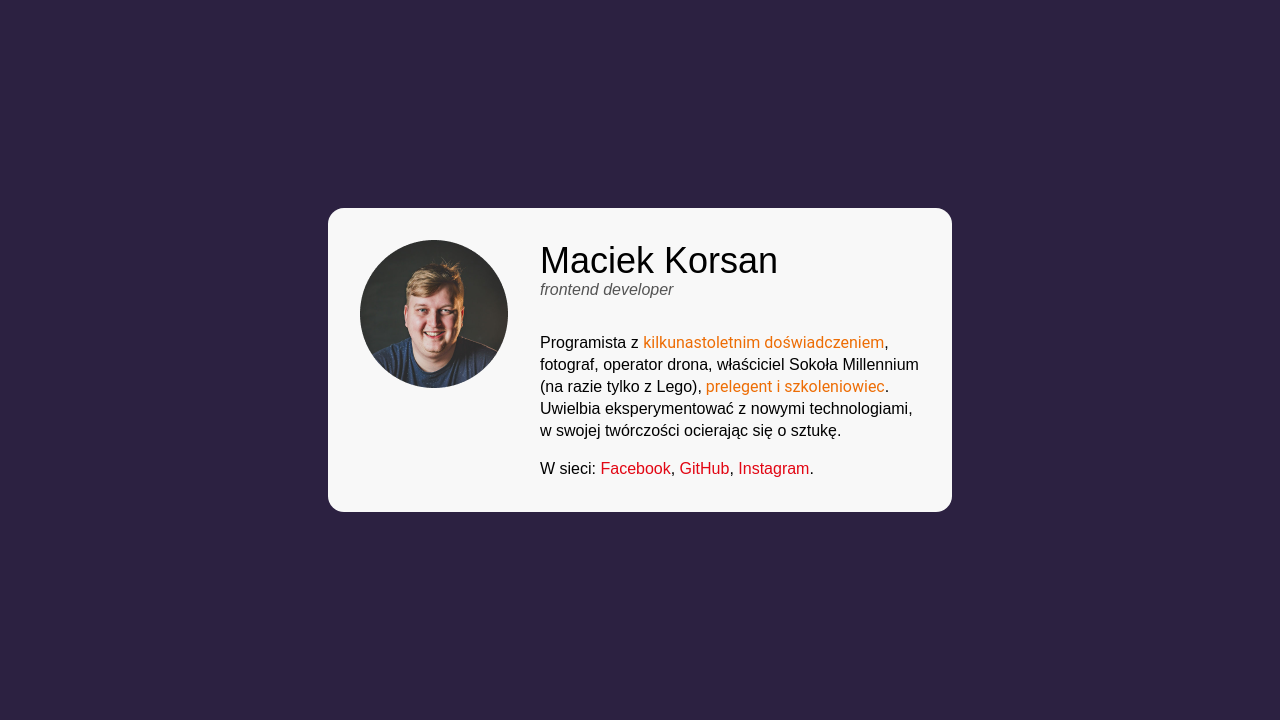
Repository: ArturNatwora/business-card
Page: index.html
The author's editor kept a copy of each file at every save. The page is drawn from the files as they stood at one save, then again after the next save.
The browser window is 1280 px wide. The pictures show the whole page.

Above is the page before, as saved 2019-06-20 10:48:20.

### index.html
<!DOCTYPE html>
<html lang="pl">
<head>
    <meta charset="UTF-8">
    <meta name="viewport" content="width=device-width, initial-scale=1.0">
    <meta http-equiv="X-UA-Compatible" content="ie=edge">

    <link rel="stylesheet" href="css/normalize.css">
    <link rel="stylesheet" href="css/style.css">


    <title>Wizytówka</title>
</head>
<body>
    <main class="card">
        <img src="img/avatar.png" alt="fotografia Maćka" class="person__photo">
        <div class="cardBody">
            <header class="person__header">
                <h1 class="person__name">Maciek Korsan</h1>
                <span class="person__position">frontend developer</span>
            </header>
            <p class="person__description">Programista z <strong class="person__special">kilkunastoletnim doświadczeniem</strong>, fotograf, operator drona, właściciel Sokoła Millennium (na razie tylko z Lego),<strong class="person__special"> prelegent i szkoleniowiec</strong>. Uwielbia eksperymentować z nowymi technologiami, w swojej twórczości ocierając się o sztukę.
            </p>
            <p class="person__description person__description-end">W sieci:
                <a href="#" class="person__link">Facebook</a>,
                <a href="#" class="person__link">GitHub</a>,
                <a href="#" class="person__link">Instagram</a>.
            </p>

        </div>
    </main>


</body>
</html>

### css/style.css
html {
  box-sizing: border-box;
}

*,
*:after,
*:before {
  box-sizing: inherit;
}
body {
  background: #2c2141;
  display: flex;
  justify-content: center;
  align-items: center;
  height: 100vh;
  padding: 16px;
font-family: Arial;
}

.card {
  background: #f8f8f8;
  padding: 32px;
  width: 100%;
  max-width: 624px;
  border-radius: 16px;
  display: flex;
}
.person__description{

    font-style: normal;
    font-weight: normal;
    font-size: 16px;
    line-height: 22px;



    color: #000000;
}
.person__header{
    margin-bottom: 32px;
}
.person__link{
  color: #E20613;
  text-decoration: none;
}
.person__name {
    font-weight: normal;

  font-size: 36px;
  line-height: 41px;
  margin:0;
}
.person__photo {
  width: 148px;
  height: 148px;
  margin-right: 32px;
}
.person__position{
    font-size: 16px;
    font-style: italic;
    color: #545454;

}
.person__special{
  font-family: Roboto;
font-style: normal;
font-weight: normal;
font-size: 16px;
line-height: 22px;

color: #ED6D05;
}
div {

  margin: 0;
}
.person__description-end{
    margin-bottom: 0;

}

Loaded but not shown: css/normalize.css (library)

After the next save:
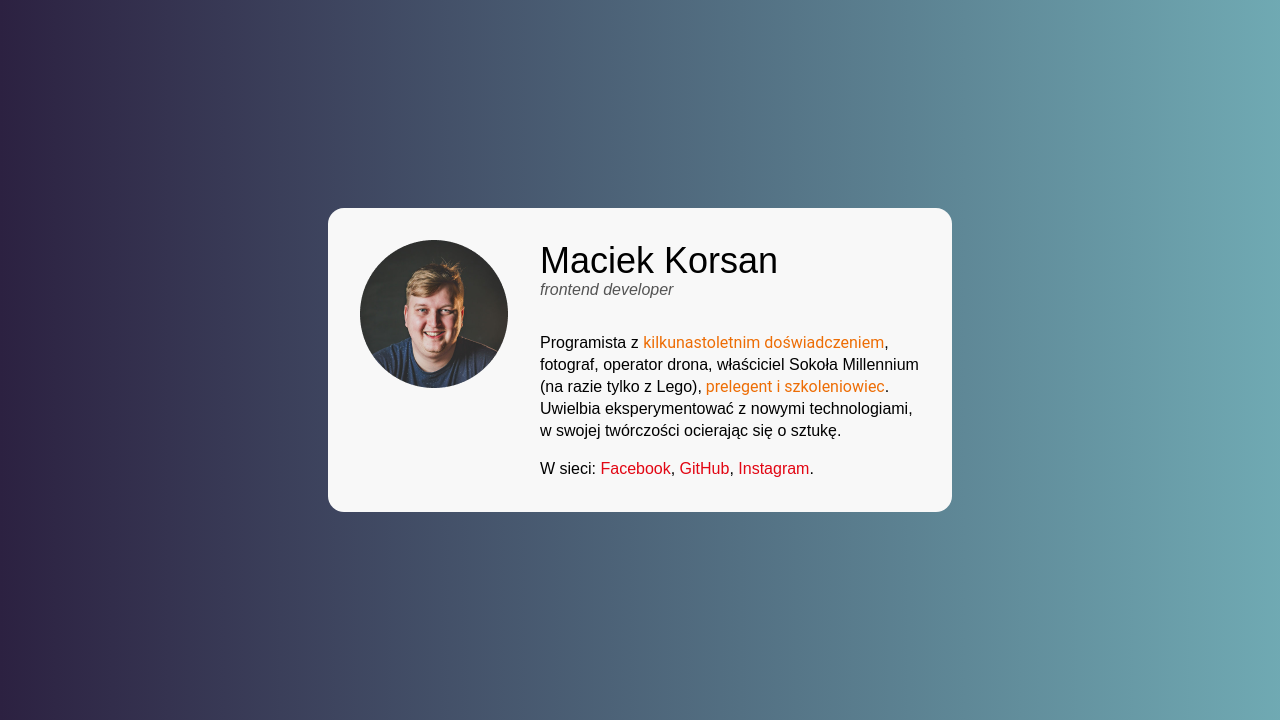
Saved 9 min 30 s later.
--- a/css/style.css
+++ b/css/style.css
@@ -8,7 +8,11 @@
   box-sizing: inherit;
 }
 body {
+  /*
   background: #2c2141;
+  */
+  background: rgb(44,33,65);
+background: linear-gradient(90deg, rgba(44,33,65,1) 0%, rgba(25,118,133,0.6229627593224789) 100%);
   display: flex;
   justify-content: center;
   align-items: center;

After the save that followed:
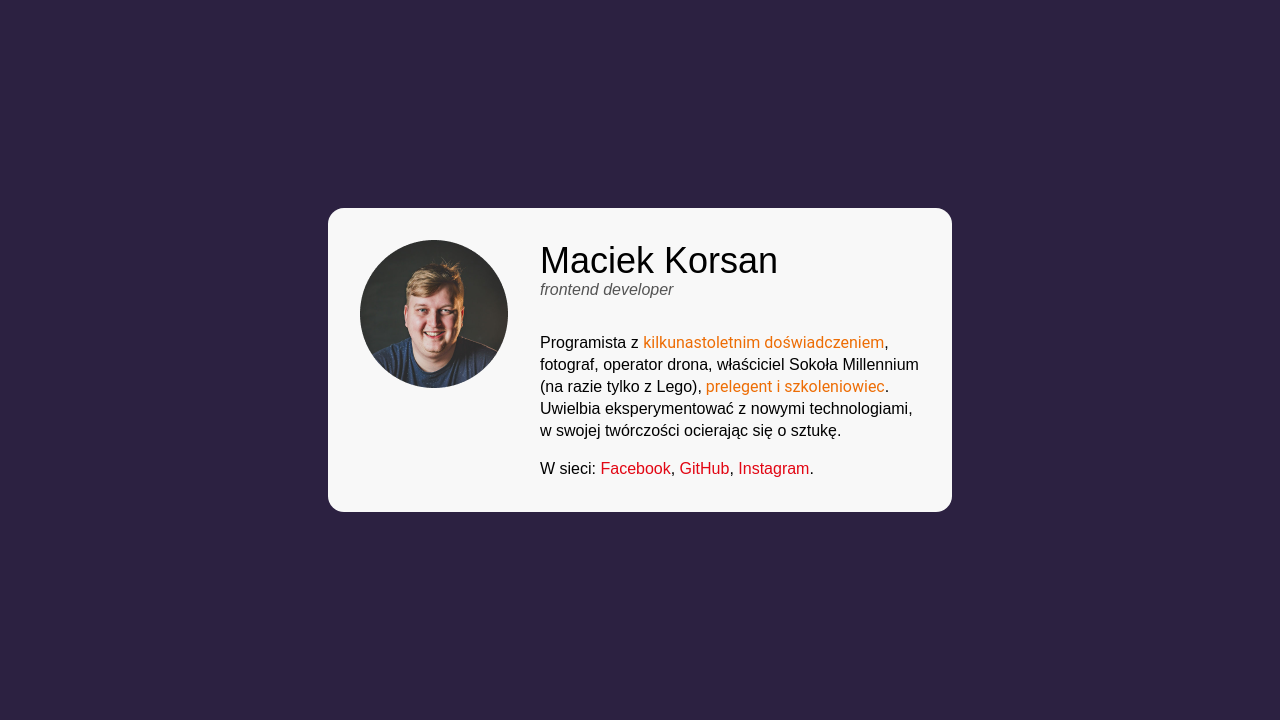
Saved 65 s later.
--- a/css/style.css
+++ b/css/style.css
@@ -8,11 +8,7 @@
   box-sizing: inherit;
 }
 body {
-  /*
   background: #2c2141;
-  */
-  background: rgb(44,33,65);
-background: linear-gradient(90deg, rgba(44,33,65,1) 0%, rgba(25,118,133,0.6229627593224789) 100%);
   display: flex;
   justify-content: center;
   align-items: center;
